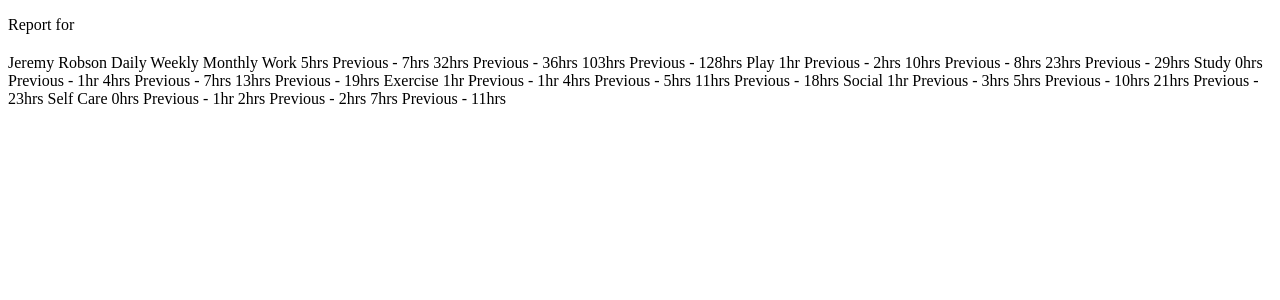
Repository: 3mr-5aled/time-tracking-dashboard-Junior
Page: index.html
An editor plug-in stored every save of this project. The page is shown before and after the next save, followed by the edit.
The browser window is 1280 px wide. The pictures show the whole page.

Above is the page before, as saved 2022-12-27 14:36:02.

After the next save:
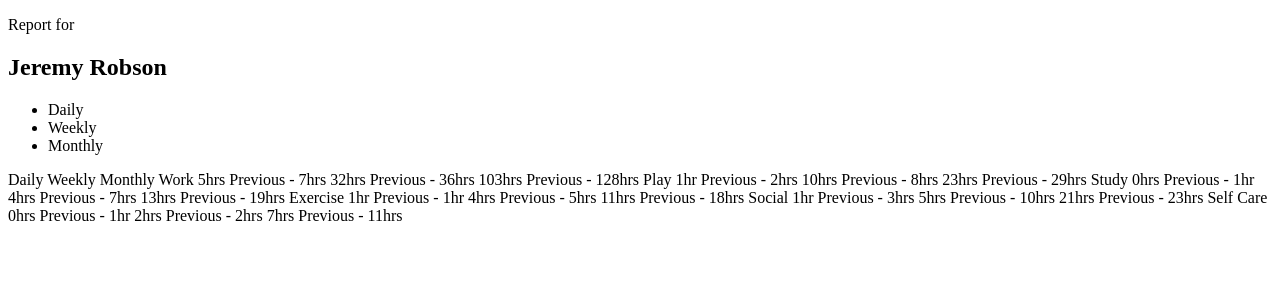
Saved 46 s later.
--- a/index.html
+++ b/index.html
@@ -28,8 +28,15 @@
   </head>
   <body>
     <p>Report for</p>
-    <h2></h2>
-    Jeremy Robson Daily Weekly Monthly Work 5hrs
+    <h2>Jeremy Robson</h2>
+    <div class="filter">
+      <ul>
+        <li>Daily</li>
+        <li>Weekly</li>
+        <li>Monthly</li>
+      </ul>
+    </div>
+    Daily Weekly Monthly Work 5hrs
     <!-- daily -->
     Previous - 7hrs
     <!-- daily -->
